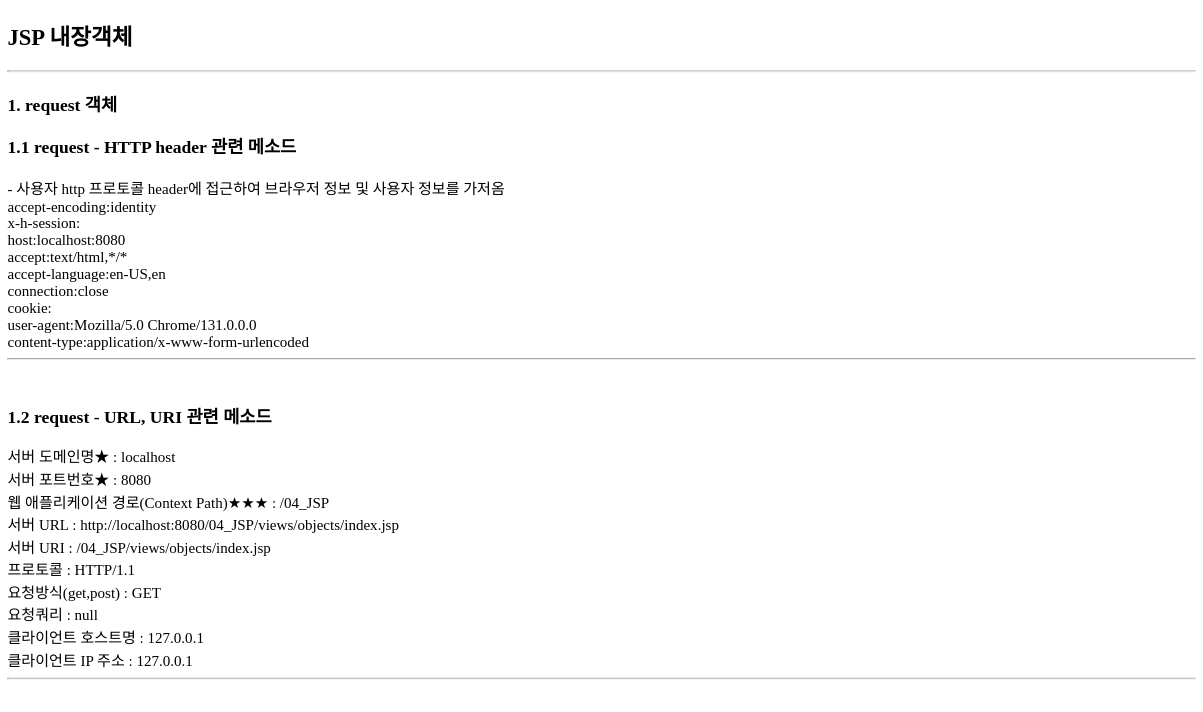
Repository: pcc767/khSchool
Page: http://localhost/04_JSP/views/objects/index.jsp
These files come from the project's save history. The page is drawn as it stood at one moment and after the next save; the edit follows.
The browser window is 1280 px wide. The pictures show the whole page, at 94% of full size.
The page is served by Tomcat 9.

Above is the page before, as saved 2022-07-14 07:16:18.

After the next save:
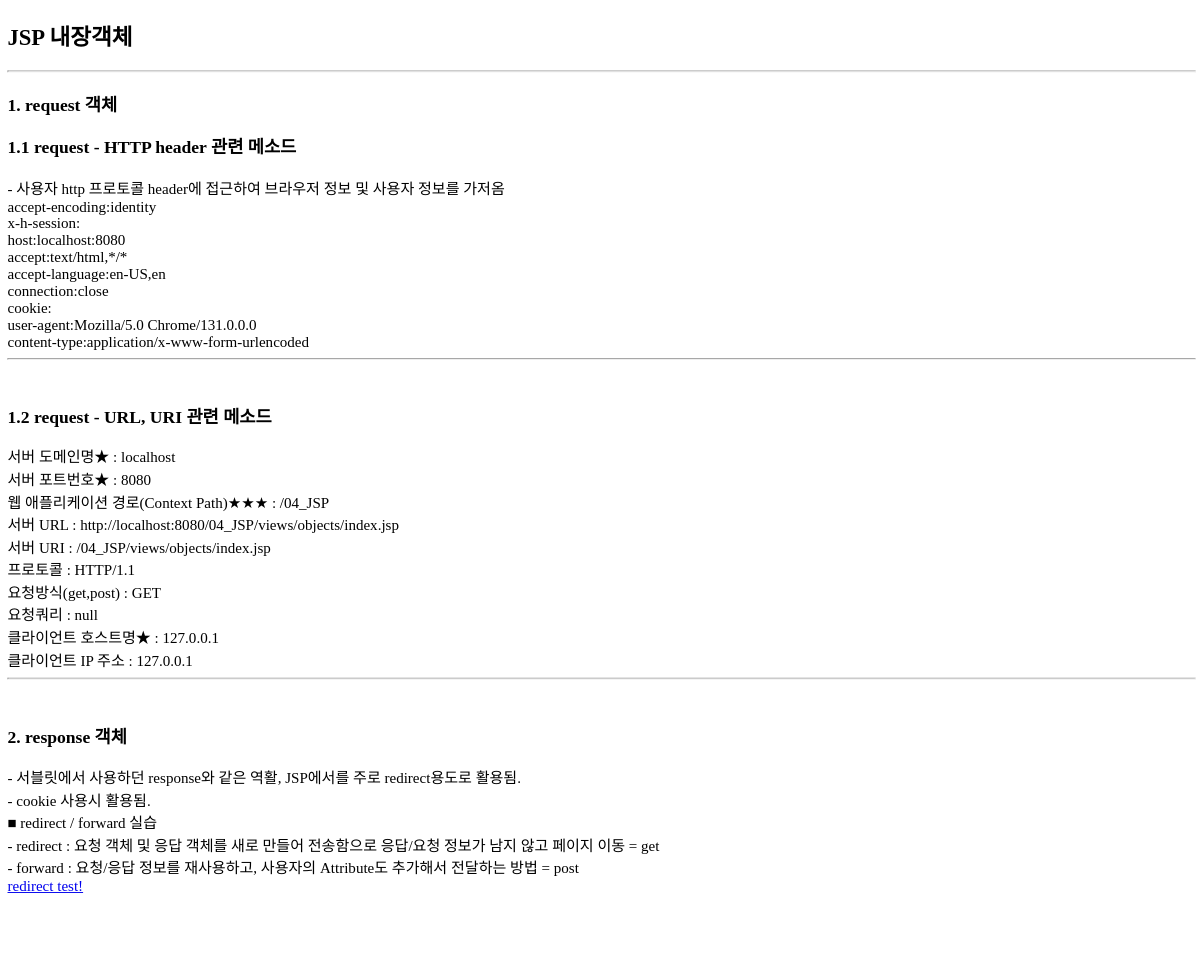
Saved 5 s later.
--- a/dev-source_Servlet/04_JSP/src/main/webapp/views/objects/index.jsp
+++ b/dev-source_Servlet/04_JSP/src/main/webapp/views/objects/index.jsp
@@ -35,9 +35,21 @@
 		프로토콜 : <%= request.getProtocol() %><br>
 		요청방식(get,post) : <%= request.getMethod() %><br>
 		요청쿼리 : <%= request.getQueryString() %><br>
-		클라이언트 호스트명 : <%= request.getRemoteHost() %><br>
+		클라이언트 호스트명★ : <%= request.getRemoteHost() %><br>
 		클라이언트 IP 주소 : <%= request.getRemoteAddr() %><br>
 	<hr><br>
+
+<!-- ------------------------------------------------------------------------------------------------- -->
+	<h3>2. response 객체</h3>
+	- 서블릿에서 사용하던 response와 같은 역활, JSP에서를 주로 redirect용도로 활용됨.<br>
+	- cookie 사용시 활용됨.<br>
+
+	■ redirect / forward 실습<br>
+	 - redirect : 요청 객체 및 응답 객체를 새로 만들어 전송함으로 응답/요청 정보가 남지 않고 페이지 이동 = get <br>
+	 - forward : 요청/응답 정보를 재사용하고, 사용자의 Attribute도 추가해서 전달하는 방법 = post <br>
+	 <a href="redirect.jsp">redirect test!</a>
+
+	<br><br><br><br><br>
 
 
 </body>
